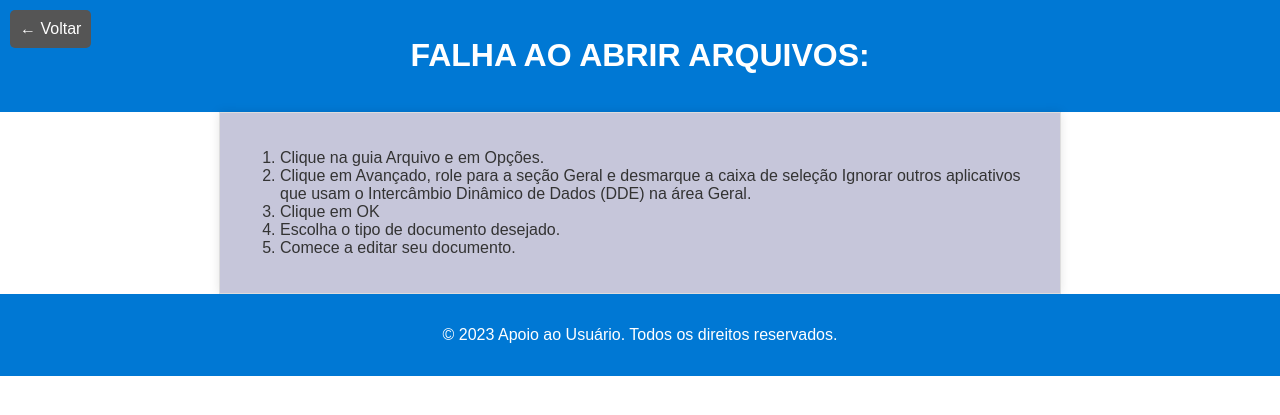
Repository: I4guito/dicasdez
Page: Dicas site/office365 tutoriais/excel tutoriais/falha ao abrir arquivos.html
These files come from the project's save history. The page is drawn as it stood at one moment and after a run of saves; the edit follows.
The browser window is 1280 px wide. The pictures show the whole page.

Above is the page before, as saved 2023-12-07 15:24:02.

### Dicas site/office365 tutoriais/excel tutoriais/falha ao abrir arquivos.html
<!DOCTYPE html>
<html lang="pt-br">
<head>
    <meta charset="UTF-8">
    <meta name="viewport" content="width=device-width, initial-scale=1.0">
    <link rel="stylesheet" href="/Dicas site/office365 tutoriais/wordtutoriais/ztutor.css">
    <script src="/Dicas site/office365 tutoriais/wordtutoriais/tutors.js"></script>
    <title>Tutorial</title>
</head>
<body>
    <header>
        <a href="javascript:history.back()" class="voltar-btn">&#8592; Voltar</a>
        <h1>FALHA AO ABRIR ARQUIVOS:</h1>

    </header>

<div class="container">
    <section class="tutorial-content">


        <ol>
            <li>Clique na guia Arquivo e em Opções.</li>
            <li>Clique em Avançado, role para a seção Geral e desmarque a caixa de seleção Ignorar outros aplicativos que usam o Intercâmbio Dinâmico de Dados (DDE) na área Geral.</li>
            <li>Clique em OK</li>
            <li>Escolha o tipo de documento desejado.</li>
            <li>Comece a editar seu documento.</li>
        </ol>
    </section>
</div>

    <footer>
        <p>&copy; 2023 Apoio ao Usuário. Todos os direitos reservados.</p>
    </footer>
</body>
</html>

### Dicas site/office365 tutoriais/wordtutoriais/ztutor.css
body {
    font-family: 'Arial', sans-serif;
    margin: 0;
    padding: 0;
}

header {
    background-color: #0078D4;
    color: white;
    text-align: center;
    padding: 1rem;
}

header img {
    max-width: 100px;
    margin-top: 10px;
}

.container {
    max-width: 800px;
    margin: 0 auto;
    background-color: rgb(198, 198, 218);
    padding: 20px;
    box-shadow: 0 0 10px rgba(0, 0, 0, 0.1);
    border: 1px solid #ddd;
    color: #333;
}

.problems-list {
    max-width: 600px;
    margin: 20px auto;
    padding: 20px;
    border: 1px solid #ddd;
    border-radius: 5px;
}

.problems-list h2 {
    color: #0078D4;
}

.problems-list ul {
    list-style-type: none;
    padding: 0;
}

.problems-list li {
    margin: 10px 0;
    border-bottom: 1px solid #ddd;
    padding: 10px;
    background-color: #53616b;
}

.problems-list li:last-child {
    border-bottom: none; /
}

.problems-list a {
    text-decoration: none;
    color: #0078D4;
    transition: color 0.3s;
}

.problems-list a:hover {
    color: #004377;
}

footer {
    background-color: #0078D4;
    color: white;
    text-align: center;
    padding: 1rem;
}

.link-instrucoes {
    font-family:cursive;
    width: 50px;
    left: 10px;
    text-decoration: none;
    color: #fff;
    font-size: 25px;
    padding: 3px;
    background-color: #555;
    border: none;
    border-radius: 10px;
    cursor: pointer;
    transition:  background-color 0.3s;
}

.link-instrucoes:hover {
    background-color:#777
}


.voltar-btn {
    position: absolute;
    left: 10px;
    top: 10px;
    text-decoration: none;
    color: #fff;
    font-size: 16px;
    padding: 10px;
    background-color: #555;
    border: none;
    border-radius: 5px;
    cursor: pointer;
    transition: background-color 0.3s;
}

.voltar-btn:hover {
    background-color: #777;
}


.step {
    max-width: 800px;
    margin: 0 auto;
    background-color: #333;
    padding: 20px;
    box-shadow: 0 0 10px rgba(0, 0, 0, 0.1);
    border: 1px solid #ddd;
    color: #333;
    margin-bottom: 40px;
    padding: 20px;
    border-radius: 8px;
    box-shadow: 0 4px 8px rgba(0, 0, 0, 0.1);
}

### Dicas site/office365 tutoriais/wordtutoriais/tutors.js

const isOpera = navigator.userAgent.indexOf("OPR") > -1;


if (isOpera) {
  document.addEventListener("DOMContentLoaded", function () {
    document.querySelector("body").style.backgroundColor = "#005c4b";
    document.querySelector(".container").style.color = "#333";
    document.querySelector(".container").style.backgroundColor = "#006c6d";
  });
}

After the next 2 saves:
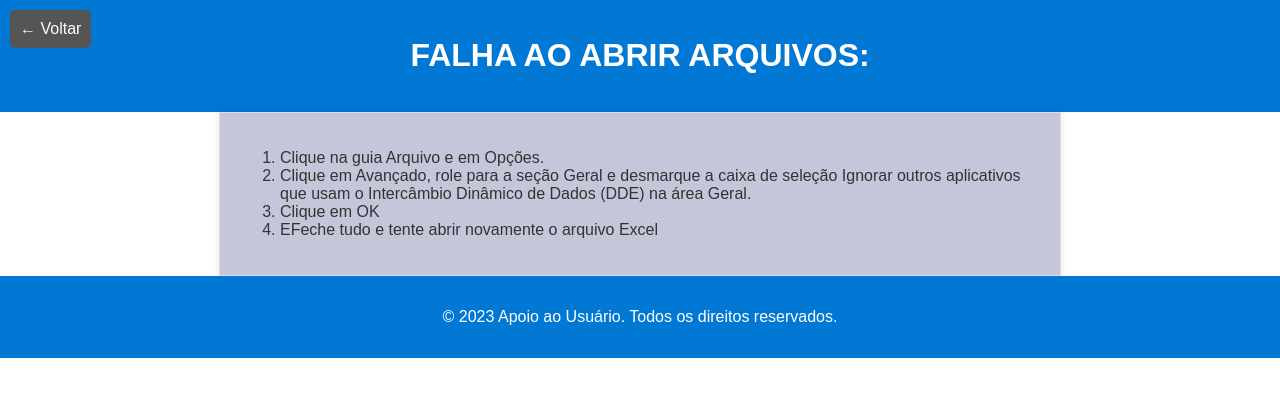
The 2 saves are shown as one change because they came seconds apart.
The last was saved 12 s later.
--- a/Dicas site/office365 tutoriais/excel tutoriais/falha ao abrir arquivos.html
+++ b/Dicas site/office365 tutoriais/excel tutoriais/falha ao abrir arquivos.html
@@ -22,8 +22,8 @@
             <li>Clique na guia Arquivo e em Opções.</li>
             <li>Clique em Avançado, role para a seção Geral e desmarque a caixa de seleção Ignorar outros aplicativos que usam o Intercâmbio Dinâmico de Dados (DDE) na área Geral.</li>
             <li>Clique em OK</li>
-            <li>Escolha o tipo de documento desejado.</li>
-            <li>Comece a editar seu documento.</li>
+            <li>EFeche tudo e tente abrir novamente o arquivo Excel</li>
+
         </ol>
     </section>
 </div>
